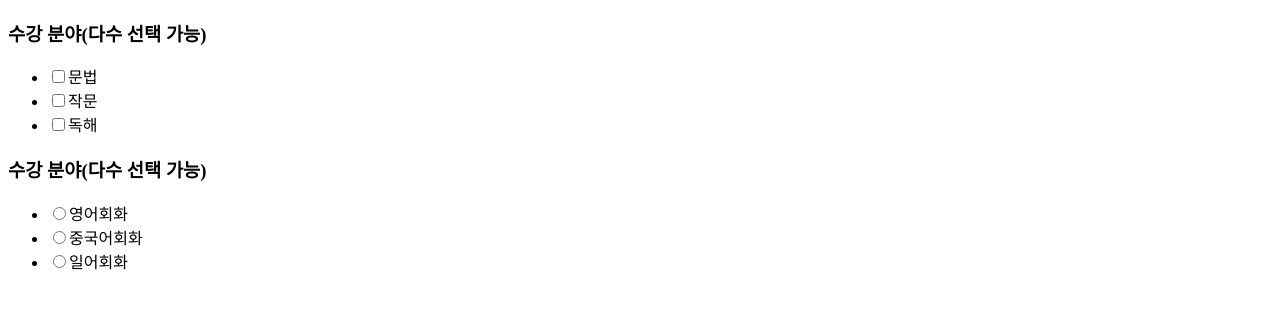
Repository: ygs3004/StudyHTML_CSS
Page: web project 01/src/main/webapp/chapter05/exam05_03.html
The author's editor kept a copy of each file at every save. The page is drawn from the files as they stood at one save, then again after the next save.
The browser window is 1280 px wide. The pictures show the whole page.

Above is the page before, as saved 2022-08-05 01:39:19.

### web project 01/src/main/webapp/chapter05/exam05_03.html
<!DOCTYPE html>
<html>
<head>
<meta charset="UTF-8">
<title>Insert title here</title>
</head>
<body>
	<form action="">
		<h3>수강 분야(다수 선택 가능)</h3>
		<ul>
			<li><input type="checkbox" value="grm">문법</li>
			<li><input type="checkbox" value="wr">작문</li>
			<li><input type="checkbox" value="rd">독해</li>
		</ul>
		<h3>수강 분야(다수 선택 가능)</h3>
		<ul>
			<li><input type="radio" name="subject1" value="eng">영어회화</li>
			<li><input type="radio" name="subject2" value="ch">중국어회화</li>
			<li><input type="radio" name="subject3" value="jp">일어회화</li>
		</ul>
	</form>
</body>
</html>

After the next save:
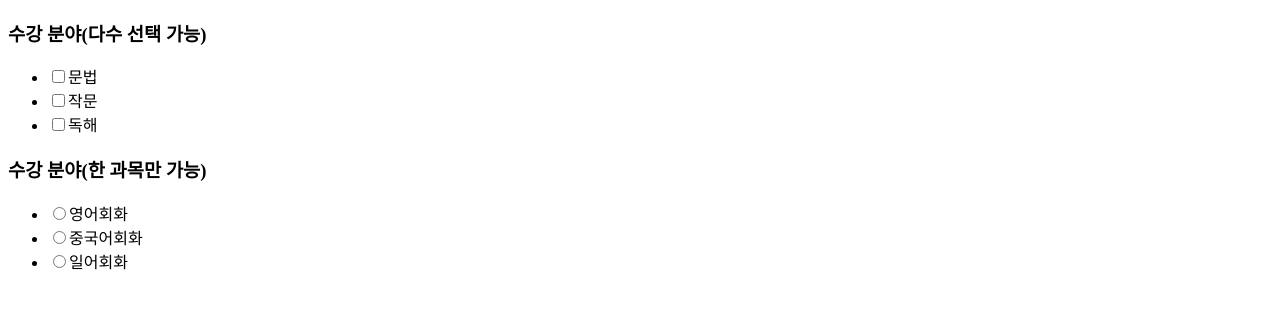
Saved 14 s later.
--- a/web project 01/src/main/webapp/chapter05/exam05_03.html
+++ b/web project 01/src/main/webapp/chapter05/exam05_03.html
@@ -12,7 +12,7 @@
 			<li><input type="checkbox" value="wr">작문</li>
 			<li><input type="checkbox" value="rd">독해</li>
 		</ul>
-		<h3>수강 분야(다수 선택 가능)</h3>
+		<h3>수강 분야(한 과목만 가능)</h3>
 		<ul>
 			<li><input type="radio" name="subject1" value="eng">영어회화</li>
 			<li><input type="radio" name="subject2" value="ch">중국어회화</li>
